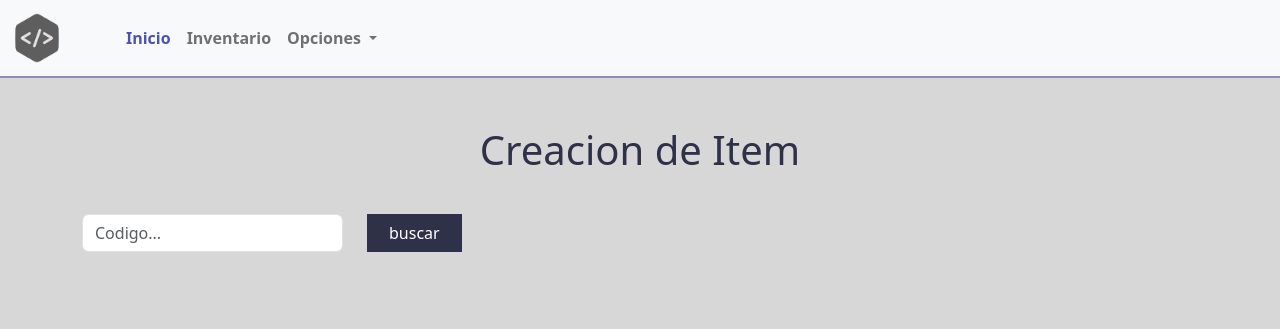
Repository: ingandresmolero/AdministrativoBarber
Page: http://localhost/views/operacion/add_stock.php
These files come from the project's save history. The page is drawn as it stood at one moment and after a run of saves; the edit follows.
The browser window is 1280 px wide. The pictures show the whole page.
The page is run by PHP 8.4 with error messages shown; the project is at /var/www/html/. The session is filled in as if someone had signed in: {"username": 1, "rol": "master"}. Other server files are loaded and not shown. Style sheets and scripts are compiled from the project's sources, by tool versions that may differ from the author's.

Above is the page before, as saved 2023-05-14 18:58:11.

### NEW/views/operacion/add_stock.php
<?php
include("../../php/functions/validar.php");
include("../../php/dbconn.php");


?>
<!DOCTYPE html>
<html lang="en">

<head>
    <meta charset="UTF-8">
    <meta http-equiv="X-UA-Compatible" content="IE=edge">
    <meta name="viewport" content="width=device-width, initial-scale=1.0">
    <link href="https://cdn.jsdelivr.net/npm/bootstrap@5.3.0-alpha3/dist/css/bootstrap.min.css" rel="stylesheet" integrity="sha384-KK94CHFLLe+nY2dmCWGMq91rCGa5gtU4mk92HdvYe+M/SXH301p5ILy+dN9+nJOZ" crossorigin="anonymous">
    <link rel="icon" type="image/x-icon" href="../../img/favicon.png">
    <link rel="stylesheet" href="../../css/styles.min.css">
    <title>Crear Item</title>

</head>

<body>
    <?php include("../assets/headersintasa.php"); ?>

    <main>
        <div class="container" id="prueba1">
            <h1 class="page-heading">Creacion de Item</h1>
            <form action="" method="post" class="form-style-1">
                <div class="row mb-3">

                    <div class="col-lg-3 ">

                        <input type="tex" class="form-control" name="codigo" id="" placeholder="Codigo...">
                    </div>
                    <div class="col-lg-3">
                        <input type="submit" class="btn-style-1" id="buscar" value="buscar" name="buscar">
                    </div>
                </div>
        </div>
        </div>
        </form>
        <?php include("../operacion/consultacodigocrear.php");

        ?>
        </div>

    </main>
</body>

<script src="https://cdn.jsdelivr.net/npm/bootstrap@5.3.0-alpha3/dist/js/bootstrap.bundle.min.js" integrity="sha384-ENjdO4Dr2bkBIFxQpeoTz1HIcje39Wm4jDKdf19U8gI4ddQ3GYNS7NTKfAdVQSZe" crossorigin="anonymous">

</script>

<script>
    // let boton = document.getElementById("buscar");
    // boton.addEventListener("click",function(){
    //     document.getElementById("prueba1").setAttribute("class"," visually-hidden");
    // });
</script>

### NEW/php/functions/validar.php
<?php
session_start();
if (!isset($_SESSION['username'])) {
      session_destroy();
    header('location: ../index.php');
}

?>

### NEW/php/dbconn.php
<?php
try{
    $user = "root";
    $passw = "";
    $conn=new PDO("mysql:host=localhost;dbname=gestionsys",$user,$passw);

}catch(PDOException $e){
    print "Error!: " . $e->getMessage()."<br/>";
    die();
}


?>

### NEW/views/assets/headersintasa.php
<nav class="navbar navbar-expand-lg bg-body-tertiary">
  <div class="container-fluid">
    <a class="navbar-brand" href="#"><img src="../media/logo/logo.png" alt="logo"></a>
    <button class="navbar-toggler" type="button" data-bs-toggle="collapse" data-bs-target="#navbarSupportedContent" aria-controls="navbarSupportedContent" aria-expanded="false" aria-label="Toggle navigation">
      <span class="navbar-toggler-icon"></span>
    </button>
    <div class="collapse navbar-collapse" id="navbarSupportedContent">
      <ul class="navbar-nav me-auto mb-2 mb-lg-0">
        <li class="nav-item">
          <a class="nav-link active" aria-current="page" href="../views/dashboard.php">Inicio</a>
        </li>
        <li class="nav-item">
          <a class="nav-link" href="../views/stock.php">Inventario</a>
        </li>
        <li class="nav-item dropdown">
          <a class="nav-link dropdown-toggle" href="#" role="button" data-bs-toggle="dropdown" aria-expanded="false">
            Opciones
          </a>
          <ul class="dropdown-menu">
            <li><a class="dropdown-item" href="../views/operaciones.php">Operaciones</a></li>
            <li><a class="dropdown-item" href="../views/reportes.php">Reportes</a></li>
            <li><hr class="dropdown-divider"></li>
            <li><a class="dropdown-item" href="../views/configuracion.php">Configuracion</a></li>
          </ul>
        </li>

    </div>
  </div>
</nav>

### NEW/views/operacion/consultacodigocrear.php
<?php

include("../../php/dbconn.php");
if (isset($_POST['buscar'])) {;
    $codigo = $_POST['codigo'];

    //Obtienes los datos
    $sql = "SELECT * FROM stock  WHERE codigo = '$codigo'";
    $stmt = $conn->prepare($sql);
    $stmt->execute();
    $out = $stmt->fetch();


    if ($out > 0) {
        echo '
            <div class="card container-sm mt-5">
            <h3>Ya existe el codigo</h3>

            </div>
            ';
    } else {
        echo '
            <div id="test">

                <form action="crearCodigo.php" method="post">
                <div class="row card container-sm p-5 justify-content-center mx-auto">
                <h3>Creacion de Nuevo Codigo: </h3>
                <div class="col-sm">
                    <label for="" class="form-label">Codigo: </label>
                    <input type="text" class="form-control" value="' . $codigo . '" name="codigo2"  >
                </div>
                <div class="col-sm">
                    <label for="" class="form-label">Nombre: </label>
                    <input type="text" class="form-control" name="nombre" id="">
                </div>
                <div class="col-sm">
                    <label for="" class="form-label">Descripcion: </label>
                    <input type="text" class="form-control" name="descripcion" id="">
                </div>
                <div class="row">
                    <div class="col-sm">
                        <label for="" class="form-label">Existencia: </label>
                        <input type="text" class="form-control" name="existencia" id="">
                    </div>
                    <div class="col-sm">
                        <label for="" class="form-label">Unidad: </label>
                        <select class="form-select" name="unidad" id="">
                            <option value="kg">Kilogramos</option>
                            <option value="mt">Metros</option>
                            <option value="carrete">Carrete</option>
                        </select>
                    </div>
                </div>
            <div class="col-sm">
            <label for="" class="form-label">Costo: </label>
            <input type="text" class="form-control" name="costo" id="">
        </div>
        <div class="col-sm mb-3">
            <label for="" class="form-label">Precio: </label>
            <input type="text" class="form-control" name="precio_1" id="">
        </div>
        <input type="submit" name="crear" class="btn btn-primary" value="Crear">
            </div>

                </form>
                </div>

            ';
    }
}

### NEW/scss/styles.scss
@import 'components/header';
@import 'components/elements';
@import 'components/table-style';
@import 'components/buttons';
@import 'components/navigation';
@import 'components/fonts';
@import 'components/login-page';
@import 'components/body';
@import 'components/formularios';
@import 'components/tasa';

### NEW/scss/components/header.scss
@import "variables";

nav {
    border-bottom: 2px solid #8b8eb1;
    .navbar-brand img {
        max-width: 50px;
        display: block;
    }
    a.nav-link {
        color: #0000008c;
        padding: 10px 15px;
        font-size: 16px;
        font-weight: bold;
        &.active,
        &:hover,
        &:focus,
        &:active,
        &.nav-link.show {
            transition: .3s;
            color: $accentColor2 !important;
        }
    }

    .navbar-collapse .dropdown-menu {
        left: -40px;
        border: 1px solid #ddd;
        border-radius: 0;
        padding: 10px;

        li {
            a {
                color: $accentColor2;
                &:hover {
                    transition: .3s;
                    background-color: $primaryColor;
                    color: #fff;
                }
            }
        }
    }

    .navbar-nav {
        @media only screen and (max-width: 991px) {
            text-align: center;
            background-color: #fff;
            border: 1px solid #ddd;
            margin: 0px 40px;
            ul {
                text-align: center;
                border: unset;
            }
        }
    }

    #navbarSupportedContent {
        justify-content: right;
        padding: 0 40px;
    }

    .mobile-menu {
        padding: 5px 10px;
        border-radius: 8px;
        border: 1px solid #b5b5b5 !important;
        box-shadow: rgba(71, 75, 255, 0.075) 0px 8px 12px !important;
    }

    .tasa a {
        @media only screen and (max-width: 480px) {
            font-size: 14px;
            width: 160px;
        }
    }
}

### NEW/scss/components/variables.scss
$primaryColor:#587099;
$lightenPrimary: lighten($primaryColor, 20%) !important;
$accentColor: #2F3148;

$accentColor2: #4c54ad;

### NEW/scss/components/elements.scss
@import "variables";

.elements {
    display: flex;
    margin: 3rem 0;
    justify-content: center;
    flex-direction: column;

    @media (min-width: 767px) {
        //gap: 60px; //30px;
        flex-direction: row;
        margin: 2rem 0;
    }

    .item  {
        transition: .3s;
        width: 230px;
        display: block;
        padding: 46px 0;
        margin: 0 auto;
        text-align: center;
        border: 2px solid #f3f3f3c4;
        box-shadow: rgba(71, 75, 255, 0.075) 0px 2px 3px;
        background: rgb(255, 255, 255);
        text-decoration: none;

        &:hover {
            transform: scale(1.1);
            box-shadow: rgba(71, 75, 255, 0.075) 0px 8px 12px;
        }
        p {
            color: $accentColor;
            font-size: 16px;
            font-weight: bold;
            padding-top: 10px;
        }

        @media only screen and (min-width: 768px) and (max-width: 979px) {
            text-align: center;
        }

        @media only screen and (max-width: 767px) {
            width: 200px;
            margin: 0 auto 30px;

            &:last-child {
                margin-bottom: initial;
            }
        }

        img {
            @media only screen and (max-width: 767px) {
                width: 50px;
            }
        }
    }
}

### NEW/scss/components/table-style.scss
@import "variables";

.table-responsive-sm {
    margin-bottom: 3rem;
}
.table-style {
    margin-top: 2rem;
    box-shadow: 0 0 20px rgba(0, 0, 0, 0.15);
    thead {
        background-color: $accentColor;

        tr th {
            width: 22px;
            max-width: 95px;
            &:first-child {
                border-top-left-radius: 10px;
            }
            &:last-child {
                border-top-right-radius: 10px;
            }

            @media only screen and (max-width: 767px) {
                font-size: 14px;
                text-align: center;
            }
        }
    }

    tr {
        color: #fff;
        line-height: 35px;
    }


    tbody {
        background-color: #fff;
        font-weight: bold;
        th {
            color: $accentColor;
            padding: 12px 10px;
        }

        tr {
            border-radius: unset;
            color: $primaryColor;
            &:hover {
                background-color: #f3f3f3;
                color: $accentColor;
                transition: .3s;
                th {
                    color: $accentColor;
                    transition: .3s;
                }
            }

            .action {
                padding: 12px 0;
            }
        }

        td {
            padding: 12px 10px;
            line-height: 22px;
            vertical-align: baseline;
            @media only screen and (max-width: 767px) {
                text-align: center;
                font-size: 14px;
            }
        }
    }
}

### NEW/scss/components/buttons.scss
@import "variables";
.table-btn {
    background-color: $accentColor;
    border-radius: 30px;
    border: 1px solid $accentColor;
    color: #fff;
    display: inline-block;
    line-height: initial;
    padding: 5px 20px;
    text-decoration: none;
    transition: .3s;
    font-weight: normal;
    &:hover,
    &:active {
        color: #fff;
        background-color: transparent;
        color: $accentColor;
    }

    @media only screen and (max-width: 767px) {
        padding: 5px 14px;
        font-size: 14px;
    }
}

.btn-style-1 {
    background-color: $accentColor;
    border: 1px solid $accentColor;
    color: #fff;
    display: inline-block;
    padding: 7px 21px;
    text-decoration: none;
    transition: .3s;
    margin-bottom: 12px;
    line-height: 22px;
    &:hover,
    &:active {
        border: 1px solid $accentColor;
        background-color: transparent;
        color: $accentColor;
    }
}

.submit-btn {
    background-color: $accentColor;
    border: 1px solid $accentColor;
    color: #fff;
    display: inline-block;
    width: 100%;
    border-radius: 30px;
    height: 36px;
    text-decoration: none;
    transition: .3s;
    margin-bottom: 12px;
    line-height: 22px;
    &:hover,
    &:active {
        border: 1px solid $accentColor;
        background-color: transparent;
        color: #fff;
    }
}

.btn-invert-1 {
    background-color: transparent;
    border: 1px solid $accentColor;
    color: $accentColor;
    display: inline-block;
    padding: 7px 21px;
    text-decoration: none;
    transition: .3s;
    margin-bottom: 12px;
    line-height: 22px;
    &:hover,
    &:active {
        border: 1px solid $accentColor;
        background-color: $accentColor;
        color: #fff;
    }
}

.btn-menu {
    background-color: $accentColor;
    border: 1px solid $accentColor;
    color: #fff;
    display: inline-block;
    width: 100%;
    padding: 5px 0;
    text-decoration: none;
    transition: .3s;
    line-height: 22px;
    margin-top: 10px;
    &:hover,
    &:active {
        background-color: transparent;
        color: $accentColor;
    }

    @media only screen and (max-width: 991px) {
        width: 125px;
    }
}

### NEW/scss/components/navigation.scss
@import "variables";

nav .pagination {
    margin-bottom: 2rem;
    @media (min-width: 768px) {
        display: inline-block !important;
        text-align: center;
        width: 100%;
    }
    @media only screen and (max-width: 767px) {
        justify-content: center;
    }
    & > li {
        white-space: nowrap;
        display: inline-block;
        margin: 0 5px;

        &.active a {
            background-color: $accentColor;
            color: #fff;
            pointer-events: none;
            opacity: 0.89;
        }
        &.disabled a {
            background-color: $accentColor;
            color: #fff;
            opacity: 0.89;
        }
        .page-link {
            color: $accentColor;
            padding: 4px 20px;
            border-radius: 30px !important;
            border: 2px solid $accentColor;
            border-color: $accentColor;
            transition: .3s;
            &:hover {
               background-color: $accentColor;
               color: #fff;
            }
        }
    }

    .pnum {
        @media only screen and (max-width: 767px) {
            display: none;
        }
    }
}

### NEW/scss/components/fonts.scss
@import "variables";

.page-heading {
    padding: 3rem 0 2rem;
    text-align: center;
    color: $accentColor;
}

### NEW/scss/components/login-page.scss
@import "variables";

#login-page {
    background: rgb(47,49,72);
    background: linear-gradient(90deg, rgba(47,49,72,1) 4%, rgba(88,112,153,1) 50%, rgba(47,49,72,1) 94%);
    position: relative;
    background-color: #eee;
    height: 200px;

    .box {
        position: fixed;
        top: 50%;
        left: 50%;
        transform: translate(-50%, -50%);
        width: fit-content;
        min-width: 270px;
        margin: 0 auto;
        background-color: rgba(255,255,255,.09);
        padding: 20px 40px 30px;
        text-align: center;
        border-radius: 16px;
        box-shadow: 0 4px 30px rgba(0, 0, 0, 0.1);
        backdrop-filter: blur(5px);
        -webkit-backdrop-filter: blur(5px);
        border: 1px solid rgba(255, 255, 255, 0.3);

        p {
            font-size: 18px;
            color: white;
        }
    }

    .box form {
        margin-bottom: 0 !important;
        width: fit-content;

        .user input,
        .password input {
            margin-bottom: 20px;
        }
    }
}

### NEW/scss/components/body.scss
body {
    background-color: #d7d7d7;
}

### NEW/scss/components/formularios.scss
@import "variables";

.form-style-1 {

}

### NEW/scss/components/tasa.scss
@import "variables";

#tasa {

    main {
        margin: 3rem 0;
    }
}

After the next 2 saves:
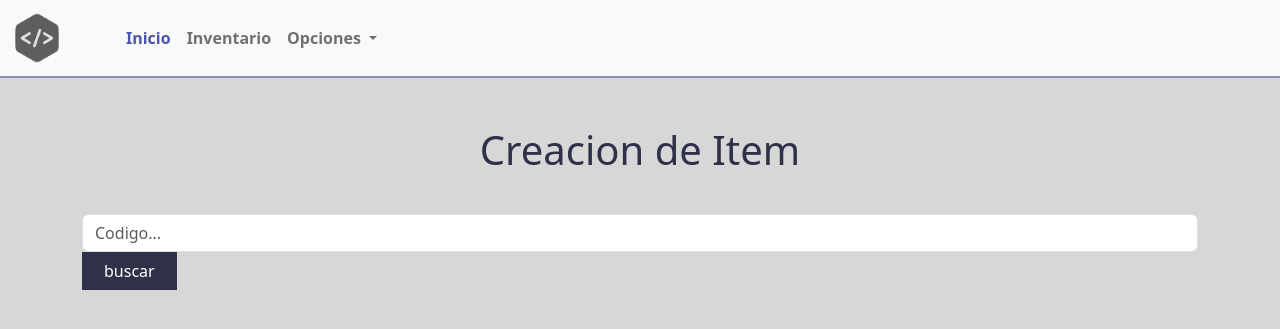
The 2 saves are shown as one change because they came seconds apart.
The last was saved 42 s later.
--- a/NEW/views/operacion/add_stock.php
+++ b/NEW/views/operacion/add_stock.php
@@ -25,13 +25,12 @@ include("../../php/dbconn.php");
         <div class="container" id="prueba1">
             <h1 class="page-heading">Creacion de Item</h1>
             <form action="" method="post" class="form-style-1">
-                <div class="row mb-3">
+                <div class="flex-element">
 
-                    <div class="col-lg-3 ">
-
+                    <div class="flex-item">
                         <input type="tex" class="form-control" name="codigo" id="" placeholder="Codigo...">
                     </div>
-                    <div class="col-lg-3">
+                    <div class="flex-item">
                         <input type="submit" class="btn-style-1" id="buscar" value="buscar" name="buscar">
                     </div>
                 </div>
